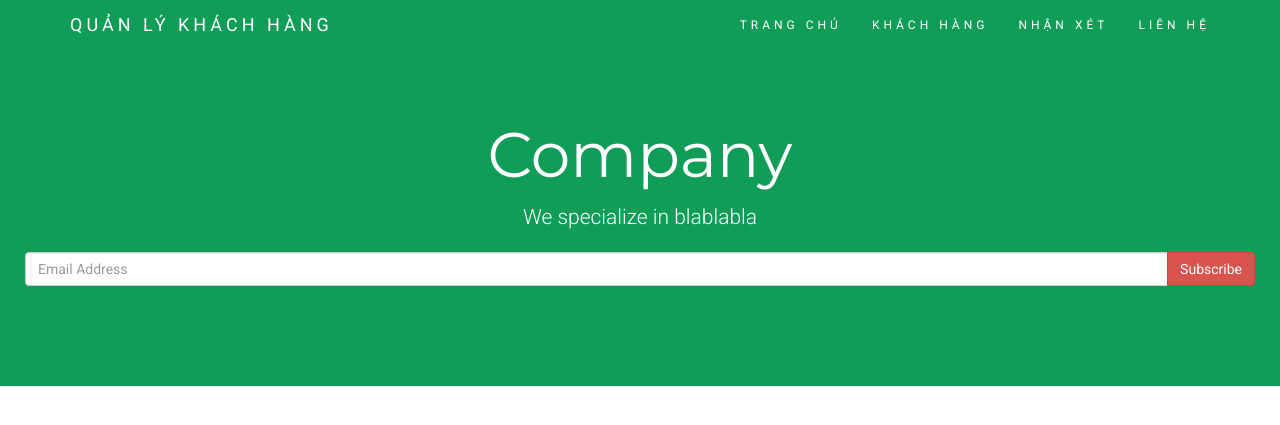
Repository: huutien1904/bt2-ltw
Page: index.html
These files come from the project's save history. The page is drawn as it stood at one moment and after the next save; the edit follows.
The browser window is 1280 px wide. The pictures show the whole page.

Above is the page before, as saved 2021-11-03 16:10:46.

After the next save:
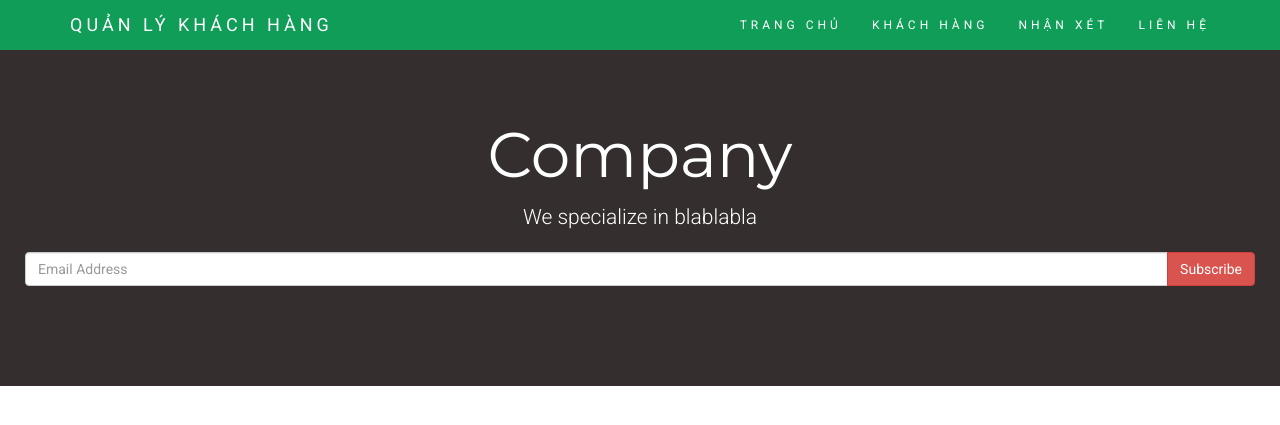
Saved 4 min 8 s later.
--- a/style.css
+++ b/style.css
@@ -29,7 +29,7 @@
     margin-bottom: 30px;
   }
   .jumbotron {
-    background-color: var(--primary-color);
+    background-color: #342f2e;
     color: #fff;
     padding: 100px 25px;
     font-family: Montserrat, sans-serif;
